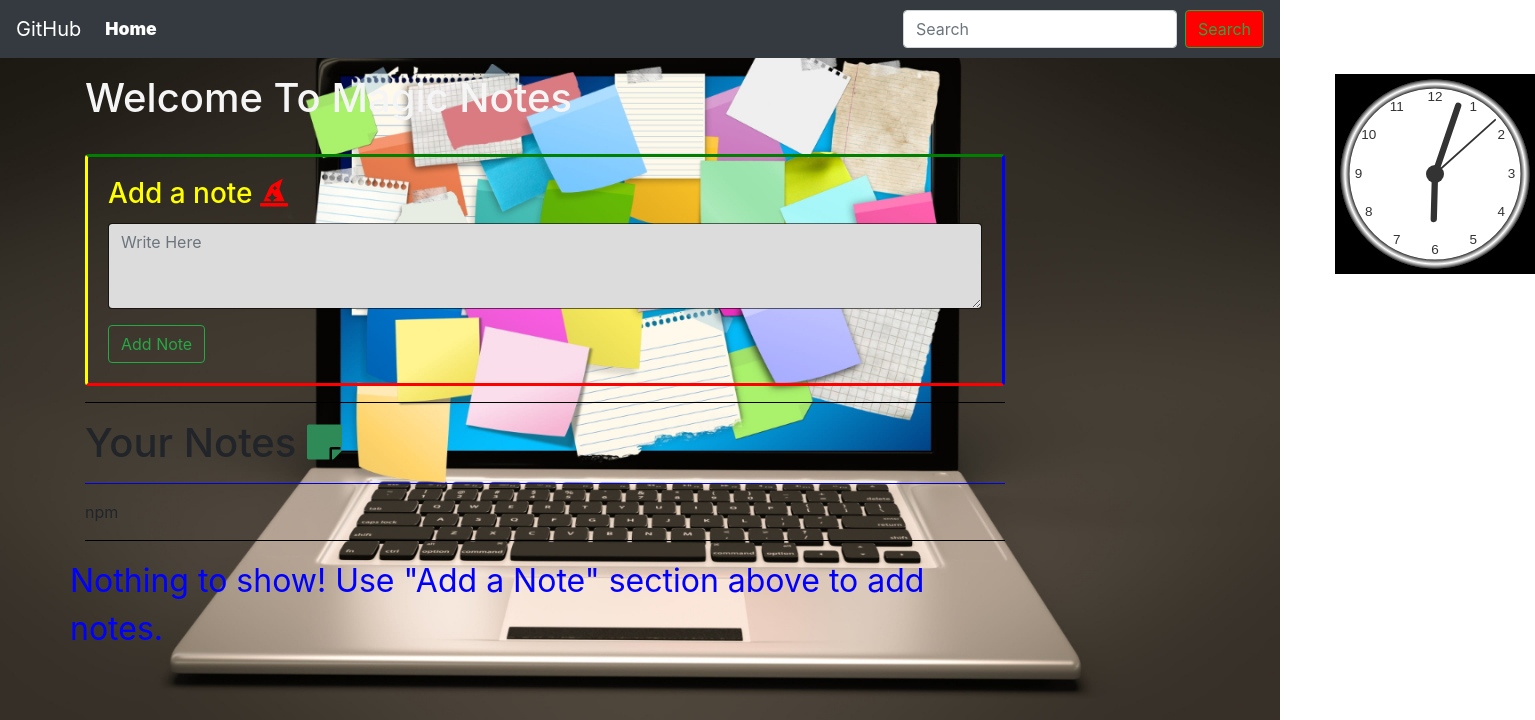
Repository: Prrajainn/Project-MagiCNotes
Page: magicNotes.html
An editor plug-in stored every save of this project. The page is shown before and after a run of saves, followed by the edit.
The browser window is 1280 px wide. The page is 1535 px wide, so the pictures cover 1535 px, including what lies to the right of the window. The pictures show the whole page.

Above is the page before, as saved 2020-08-11 21:13:54.

After the next 4 saves:
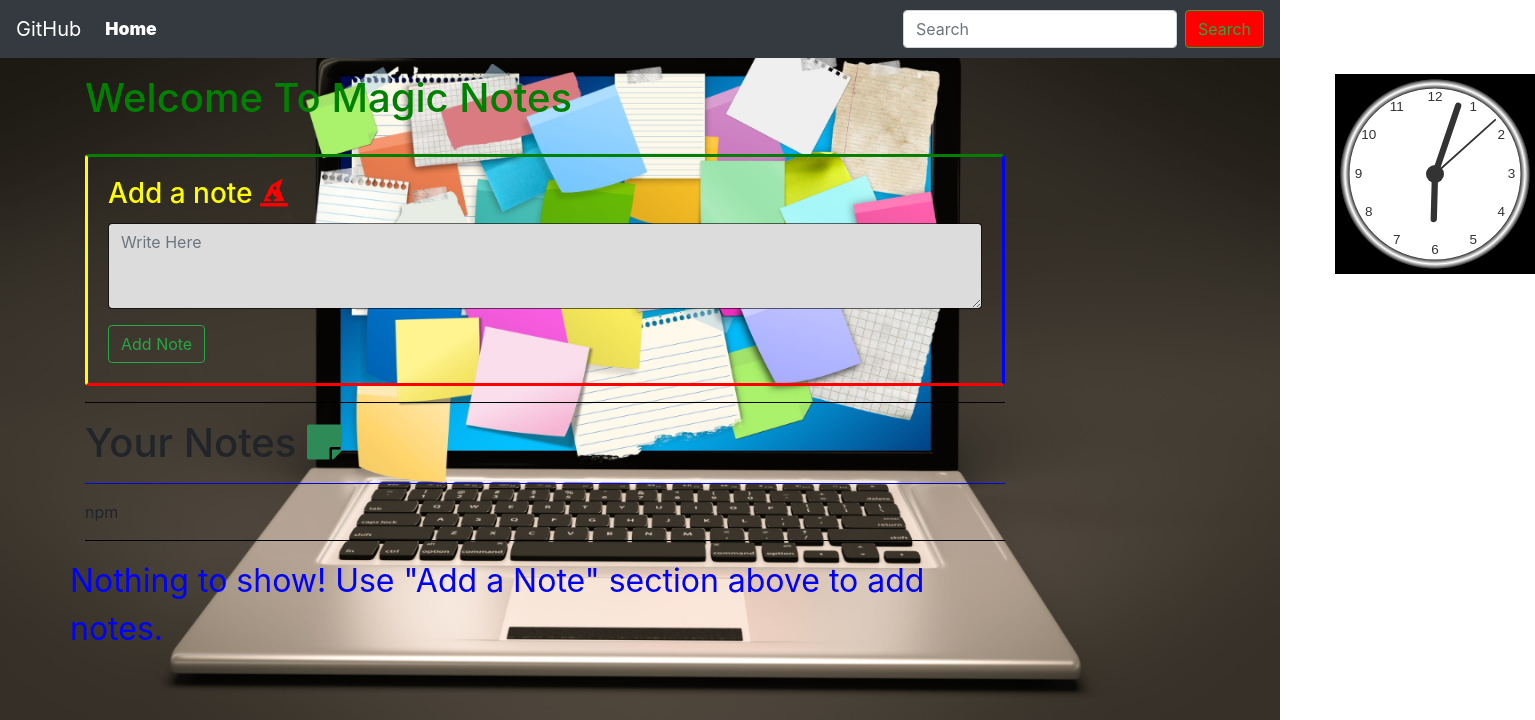
The 4 saves are shown as one change because they came seconds apart.
The last was saved 11 s later.
--- a/magicNotes.html
+++ b/magicNotes.html
@@ -51,7 +51,7 @@
   <div class="container my-3">
     <div class="row">
       <div class="col-10">
-        <h1 style="color: rgb(245, 245, 245)">Welcome To Magic Notes</h1>
+        <h1 style="color: green">Welcome To Magic Notes</h1>
         <br>
         <div style="border: solid ; background-color: transparent ; border-color:green blue red yellow " class="card">
           <div class="card-body">
